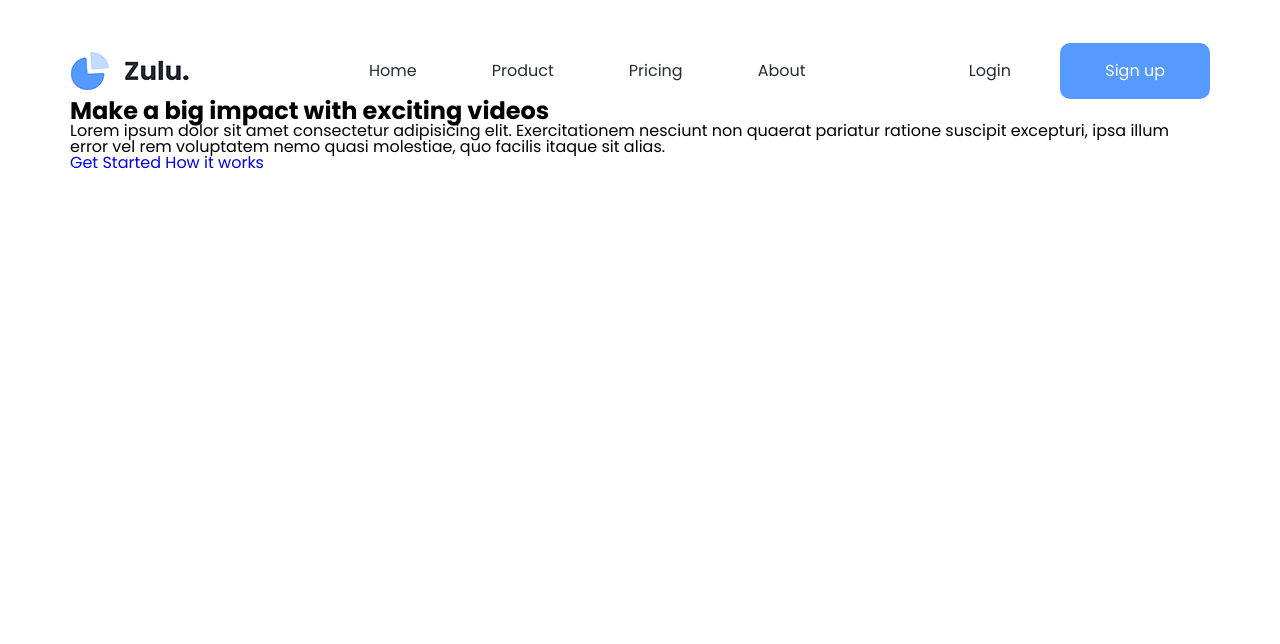
Repository: baodien1405/zulu-landing-page
Page: index.html
An editor plug-in stored every save of this project. The page is shown before and after the next save, followed by the edit.
The browser window is 1280 px wide. The pictures show the whole page.
The style sheet was rebuilt from its Sass, Less or Tailwind sources for each picture, by a compiler version that may differ from the author's.

Above is the page before, as saved 2021-06-22 15:36:11.

After the next save:
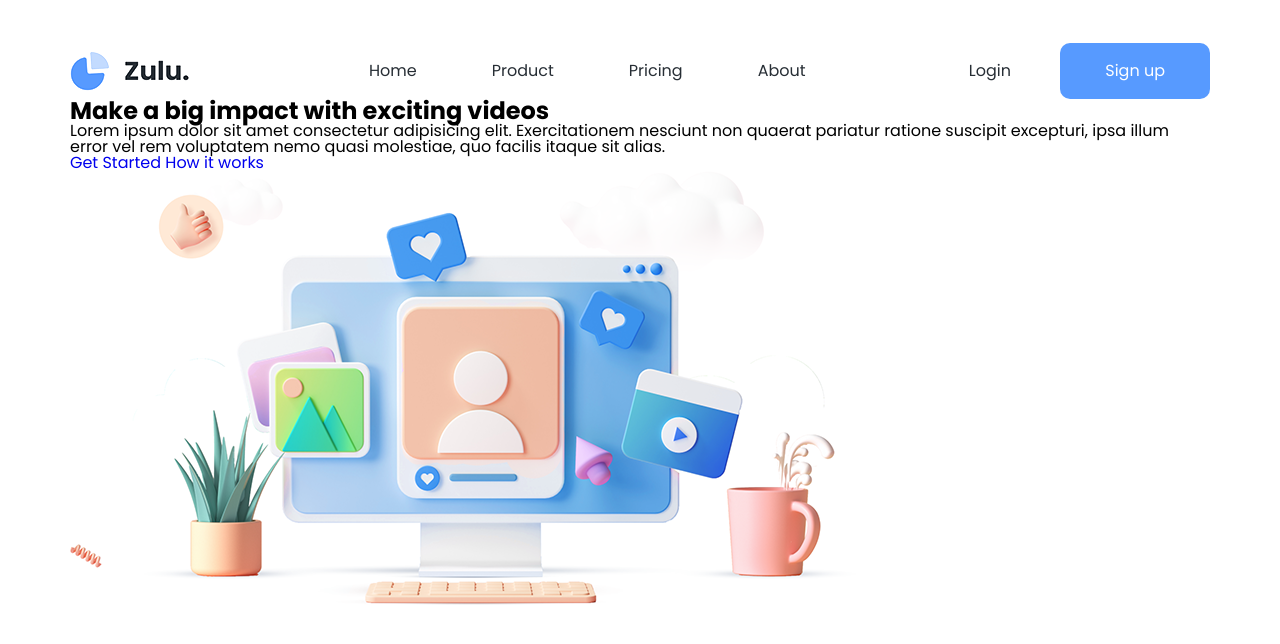
Saved 78 s later.
--- a/index.html
+++ b/index.html
@@ -49,6 +49,7 @@
             <a href="#" class="button button--outline">How it works</a>
           </div>
         </div>
+        <img src="./images/img1.png" alt="" class="banner-image">
       </section>
     </div>
   </div>
